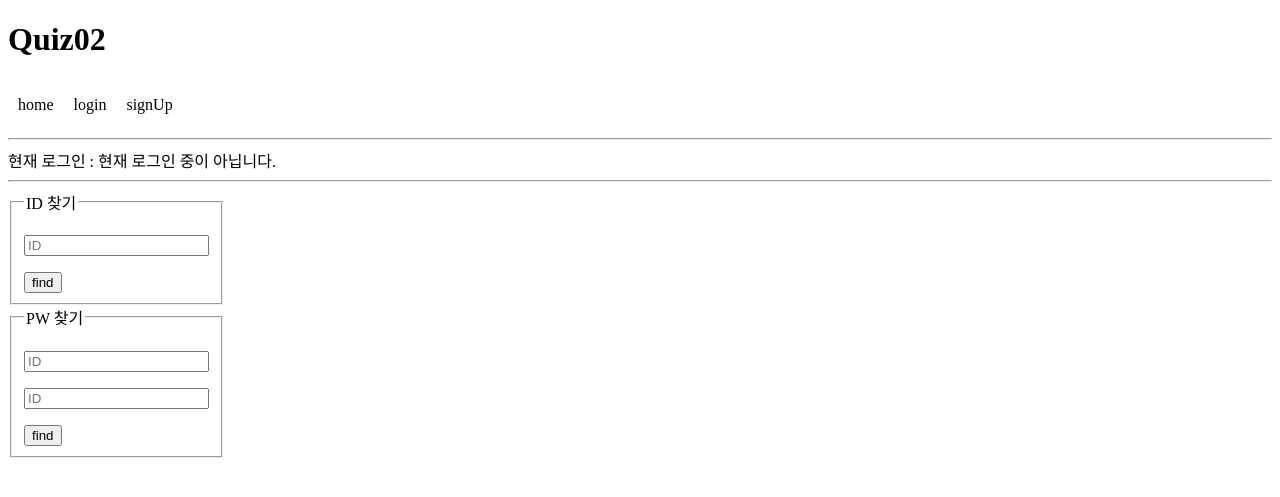
Repository: ChimmyWorld/JSP
Page: http://localhost/Day50/quiz2/find.jsp
These files come from the project's save history. The page is drawn as it stood at one moment and after the next save; the edit follows.
The browser window is 1280 px wide. The pictures show the whole page.
The page is served by Tomcat 9.

Above is the page before, as saved 2023-09-21 02:34:51.

After the next save:
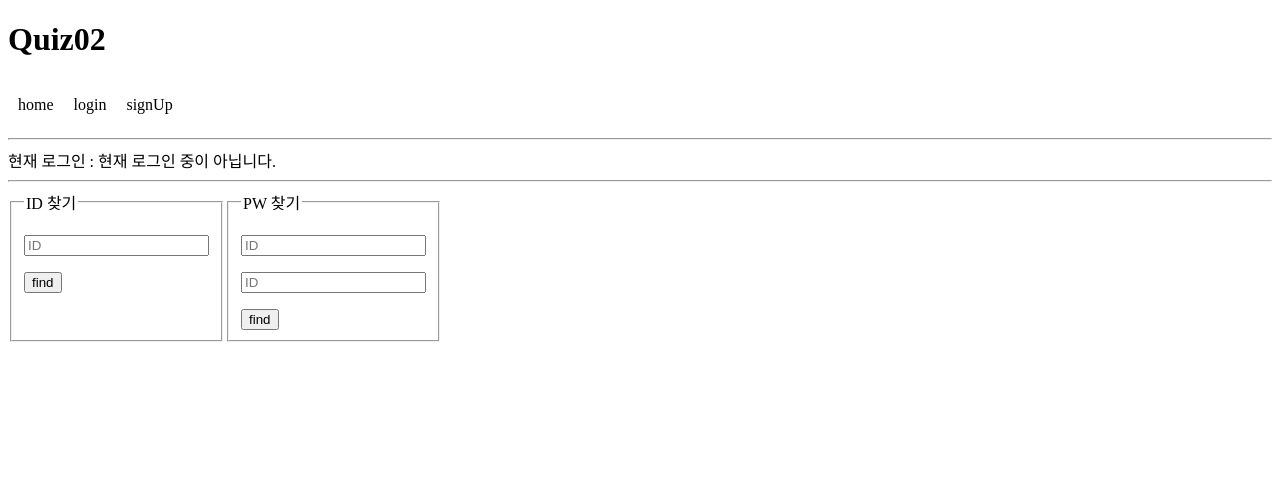
Saved 20 s later.
--- a/Day50/WebContent/css/style.css
+++ b/Day50/WebContent/css/style.css
@@ -26,6 +26,6 @@ nav {
 	padding: 5px 10px;
 }
 .accFind{
-	display: inline-block;
+	display: flex;
 
 }
